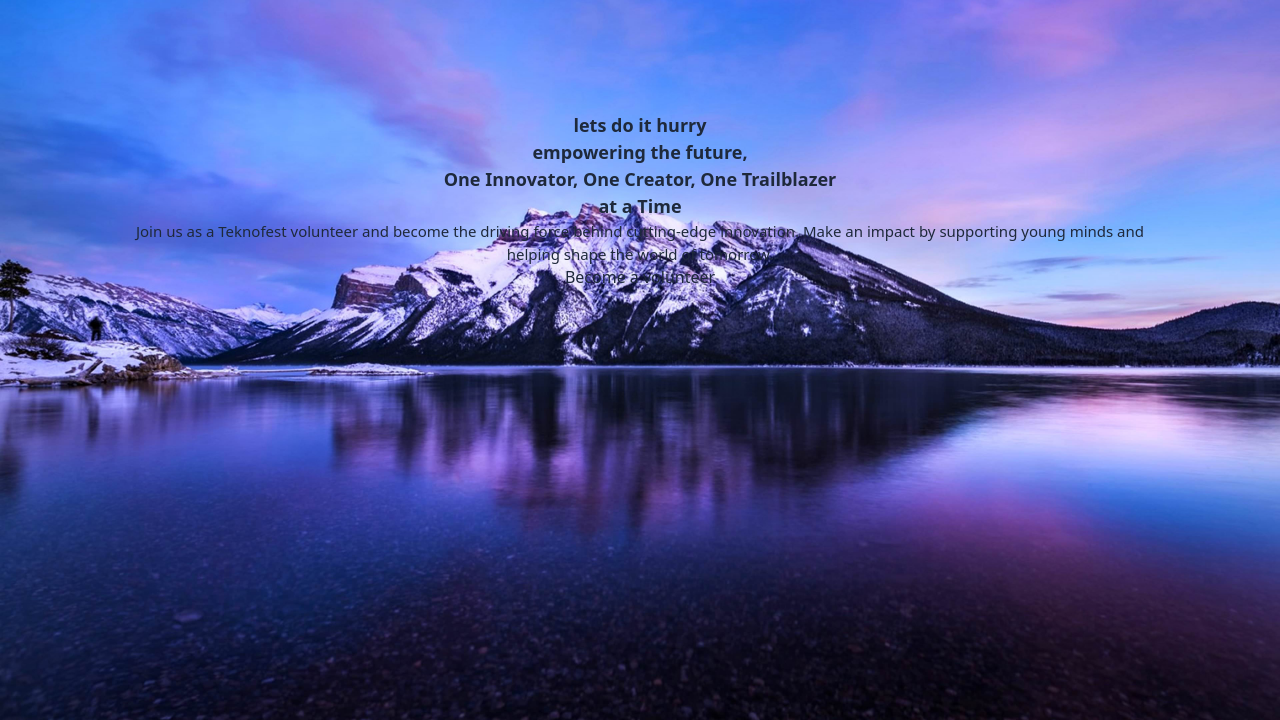
Repository: ManaheelJamil/TechnoFest-competetion
Page: /
The author's editor kept a copy of each file at every save. The page is drawn from the files as they stood at one save, then again after a run of saves.
The browser window is 1280 px wide. The pictures show the whole page.
The project was rebuilt for these pictures with package versions that can differ from the ones it lists, and the page was loaded fresh each time. The framework's server and built-in components were replaced by stand-ins that run in the browser. Also part of the build but not shown: next.config.mjs.

Above is the page before, as saved 2024-10-13 13:19:53.

After the next 2 saves:
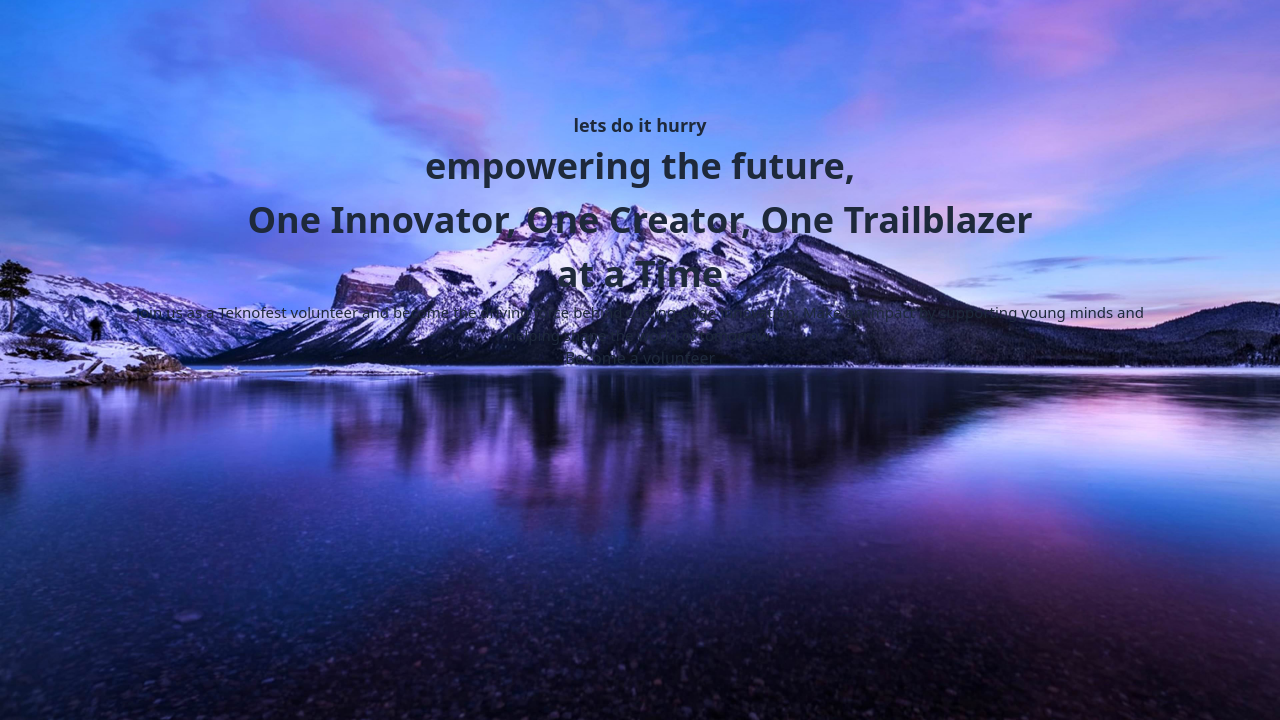
The 2 saves are shown as one change because they came seconds apart.
The last was saved 5 s later.
--- a/app/compoenent/irtizatask.js
+++ b/app/compoenent/irtizatask.js
@@ -8,7 +8,7 @@ const Irtizatask = () => {
         <p className='text-[18px] font-bold'>
             lets do it hurry
         </p>
-        <p className='text-[18px] font-bold'>
+        <p className='text-[36px] font-bold'>
             empowering the future,
             <p>
             One Innovator, One Creator, One Trailblazer
